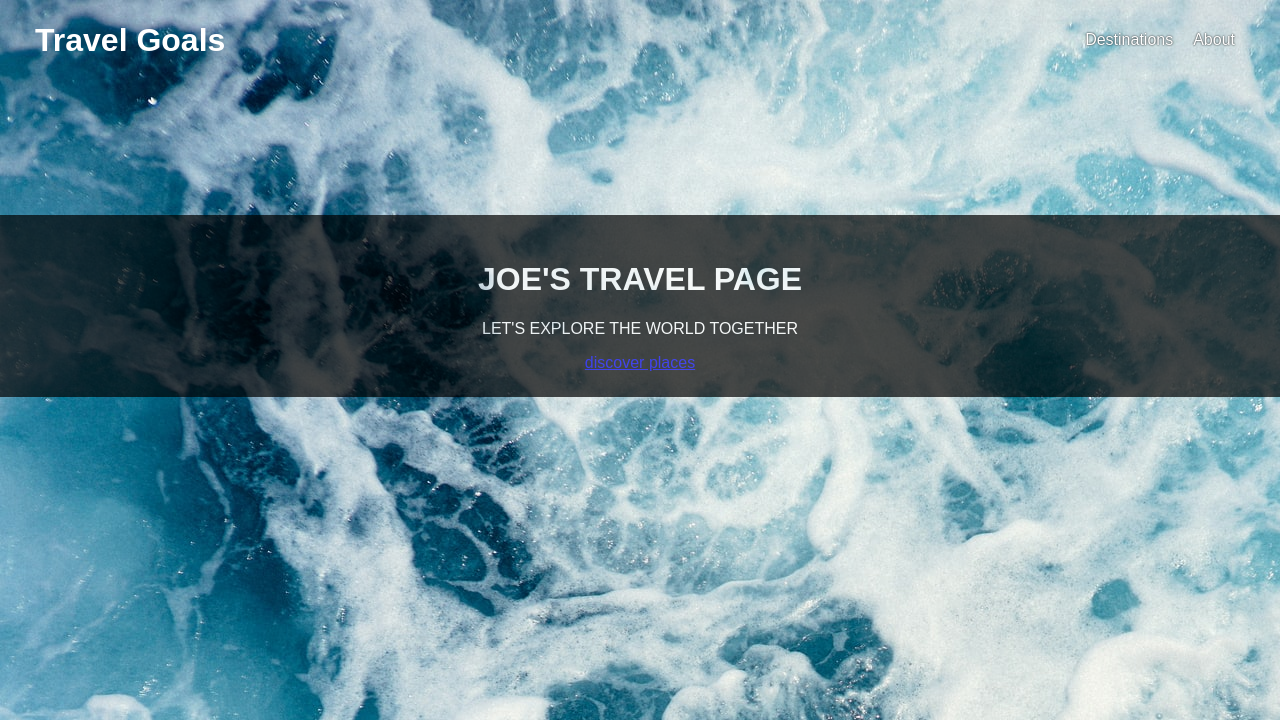
Repository: Harjot00/Wevdev
Page: Travel/index.html
The author's editor kept a copy of each file at every save. The page is drawn from the files as they stood at one save, then again after the next save.
The browser window is 1280 px wide. The pictures show the whole page.

Above is the page before, as saved 2022-05-07 02:26:57.

After the next save:
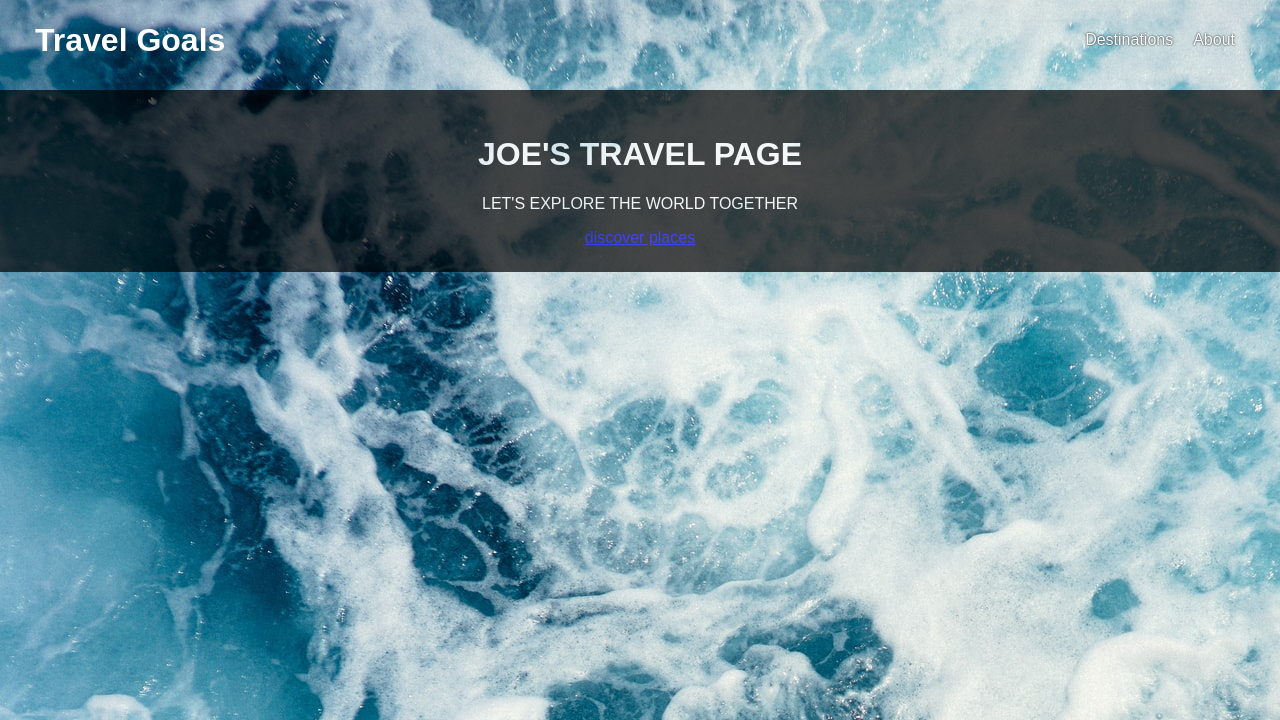
Saved 54 s later.
--- a/Travel/style.css
+++ b/Travel/style.css
@@ -35,8 +35,9 @@
 #centercontent{
     padding:25px 0px 25px 0px;
     text-align: center;
-    margin-top:150px;
+    margin-top:150px auto 150px auto;
     background-color:black ;
     opacity:0.7;
     color:white;
+
 }

After the 2 saves that followed:
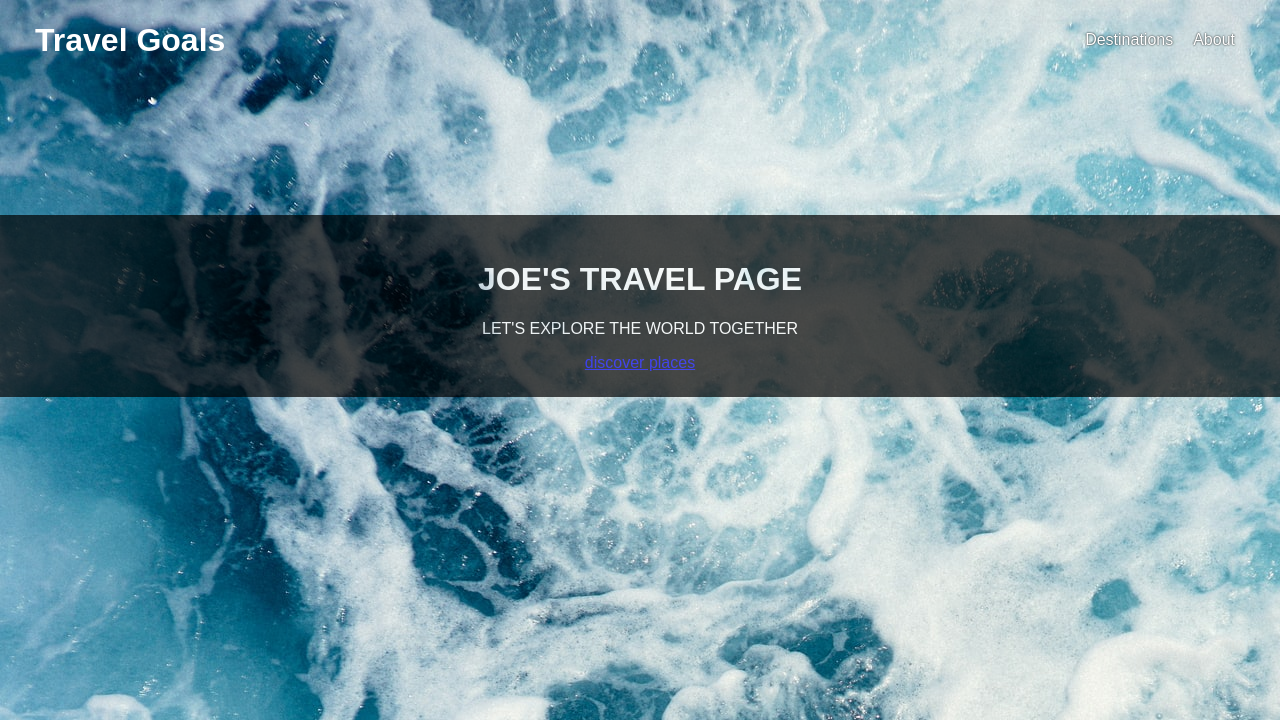
The 2 saves are shown as one change because 1 left the picture as it was.
The last was saved 31 s later.
--- a/Travel/style.css
+++ b/Travel/style.css
@@ -35,7 +35,7 @@
 #centercontent{
     padding:25px 0px 25px 0px;
     text-align: center;
-    margin-top:150px auto 150px auto;
+    margin:150px auto;
     background-color:black ;
     opacity:0.7;
     color:white;
